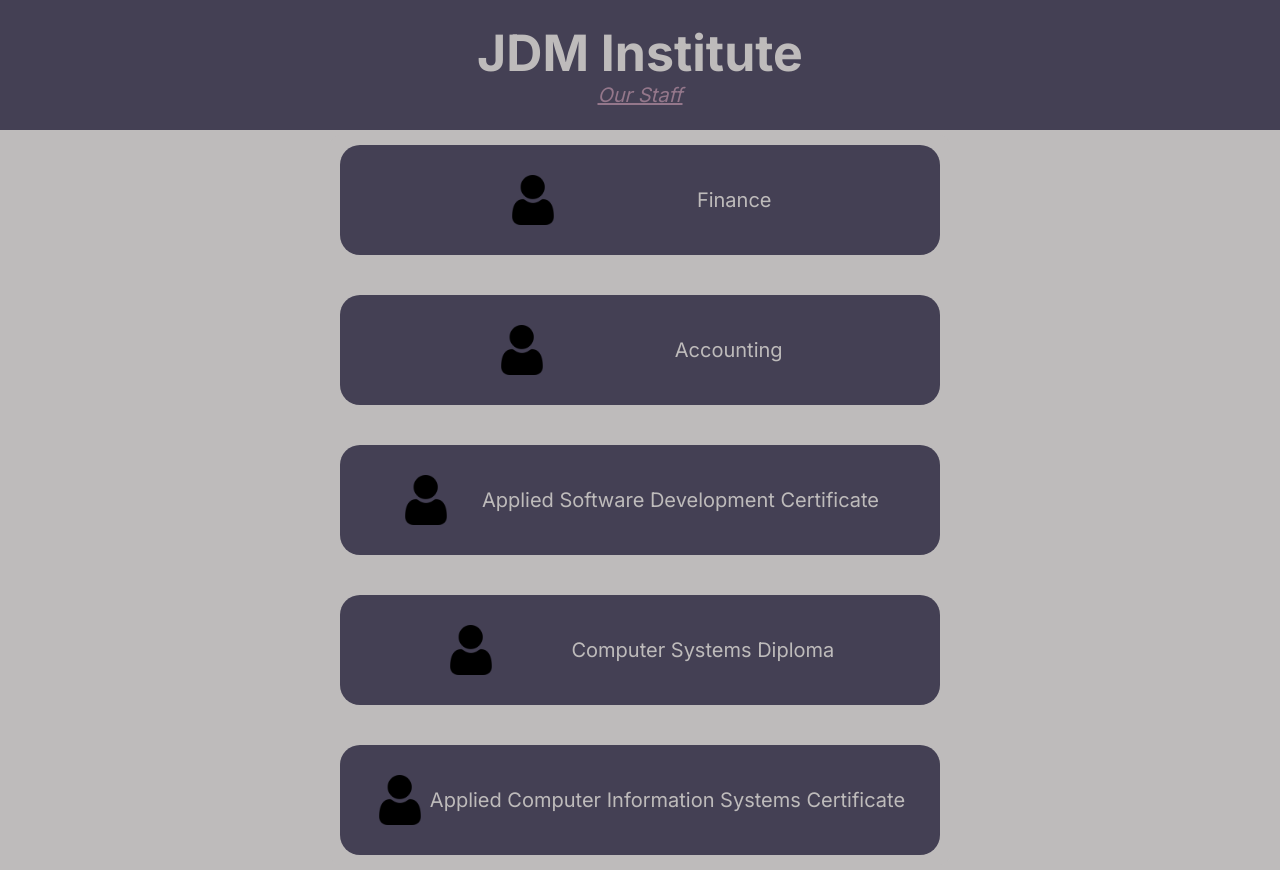
Repository: jennydmcm/class03practice
Page: /
The author's editor kept a copy of each file at every save. The page is drawn from the files as they stood at one save, then again after the next save.
The browser window is 1280 px wide. The pictures show the whole page.
The project was rebuilt for these pictures with package versions that can differ from the ones it lists, and the page was loaded fresh each time. The framework's server and built-in components were replaced by stand-ins that run in the browser. Also part of the build but not shown: next.config.js.

Above is the page before, as saved 2023-01-25 12:42:03.

After the next save:
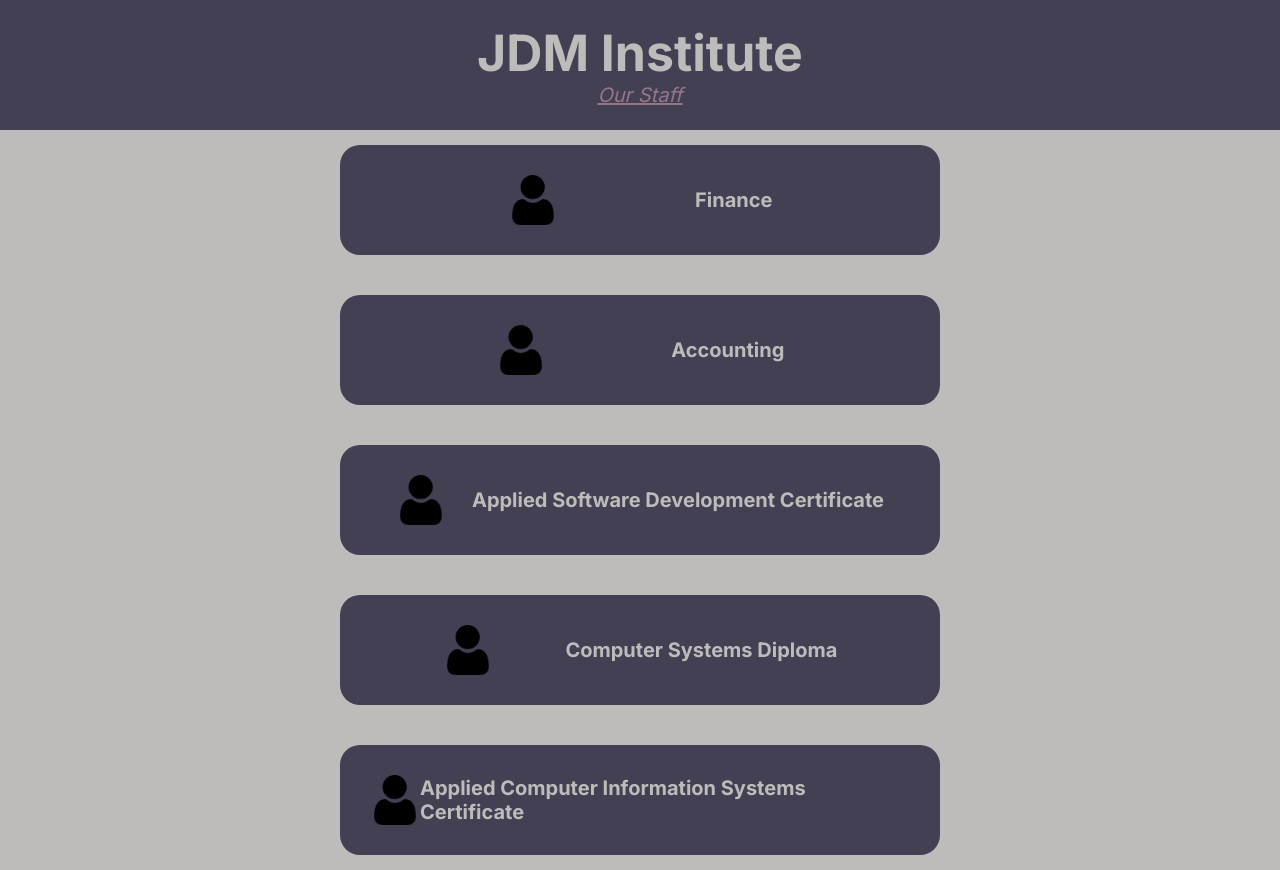
Saved 18 s later.
--- a/components/Card/index.js
+++ b/components/Card/index.js
@@ -16,7 +16,8 @@ export default function Card({
             justifyContent:"space-evenly",
             alignItems:"center",
             margin:"10px",
-            width:"600px"
+            width:"600px",
+            fontWeight:"bolder"
 
 
 
